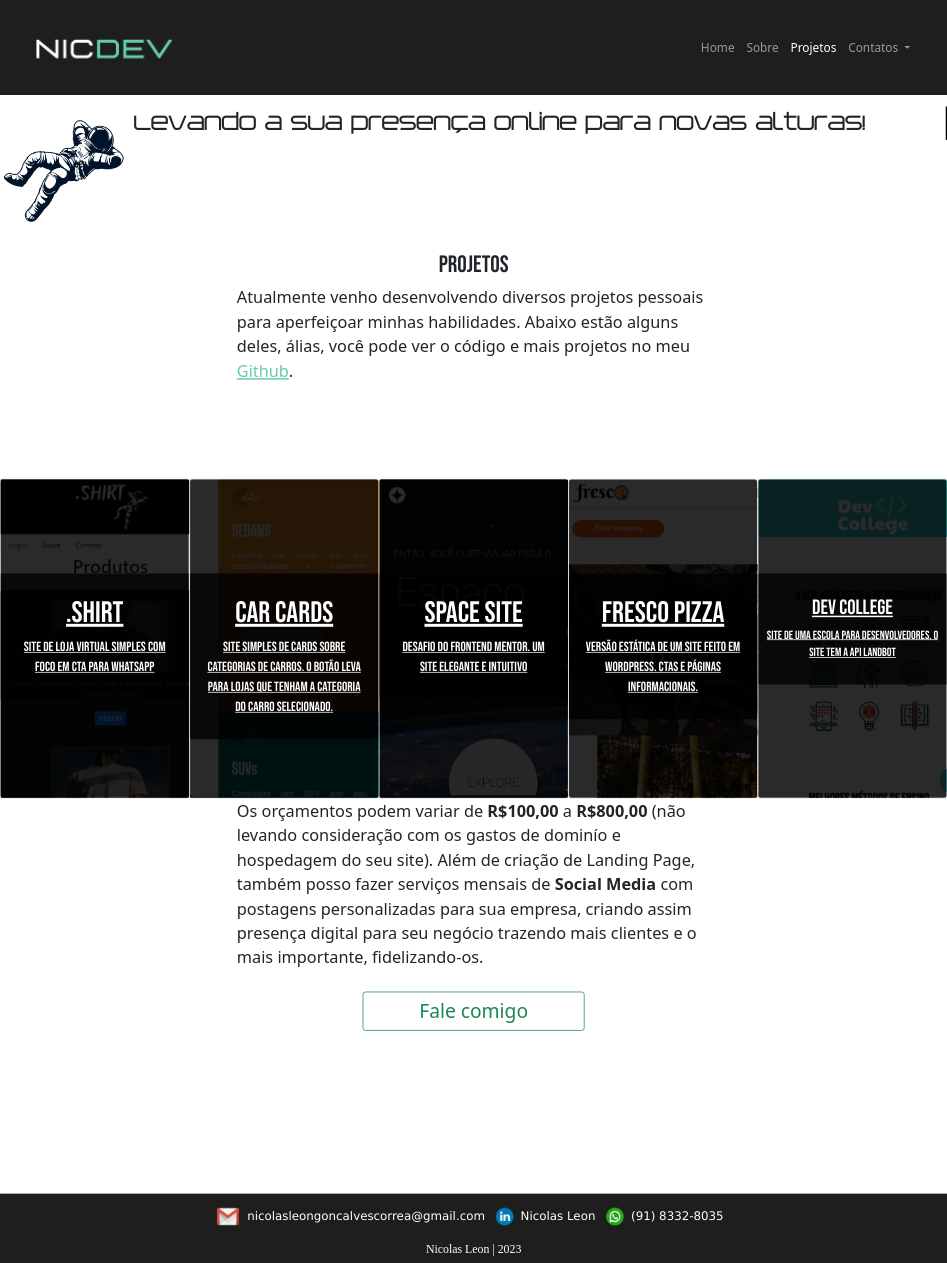
Repository: Leonngc/nicdev
Page: projects.html
An editor plug-in stored every save of this project. The page is shown before and after a run of saves, followed by the edit.
The browser window is 1280 px wide. The pictures show the whole page, at 74% of full size.
Some web libraries are served in a nearby version.

Above is the page before, as saved 2023-06-05 00:00:17.

After the next 3 saves:
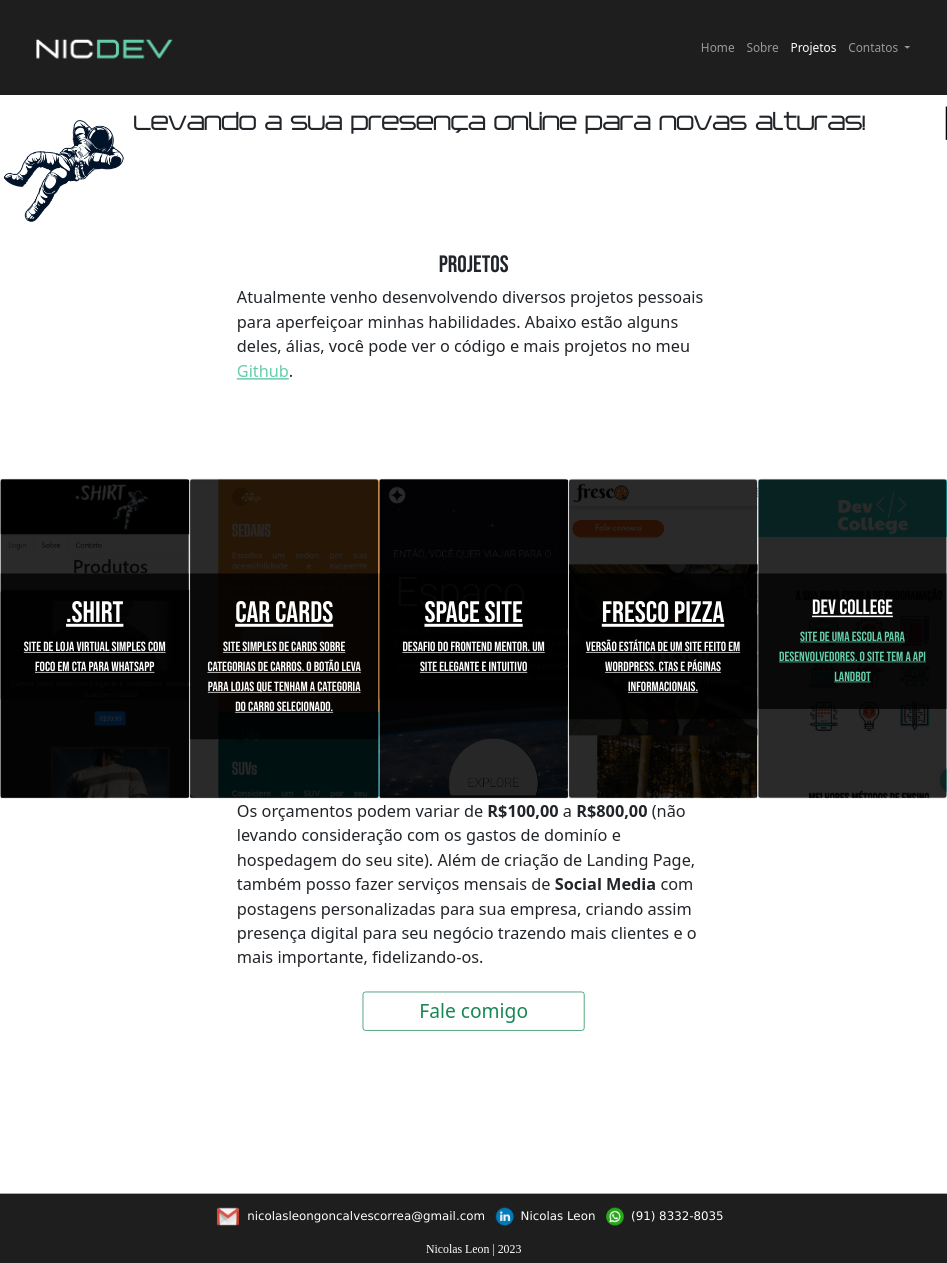
The 3 saves are shown as one change because they came seconds apart.
The last was saved 13 s later.
--- a/projects.html
+++ b/projects.html
@@ -157,7 +157,7 @@
               <h3>
                 Dev College
               </h3>
-              <span>Site de uma escola para desenvolvedores. O site tem a API <a href="https://landbot.io/" target="_blank">Landbot</a></span>
+              <p>Site de uma escola para desenvolvedores. O site tem a API <a href="https://landbot.io/" target="_blank">Landbot</a></p>
             </div>
           </div>
         </a>
